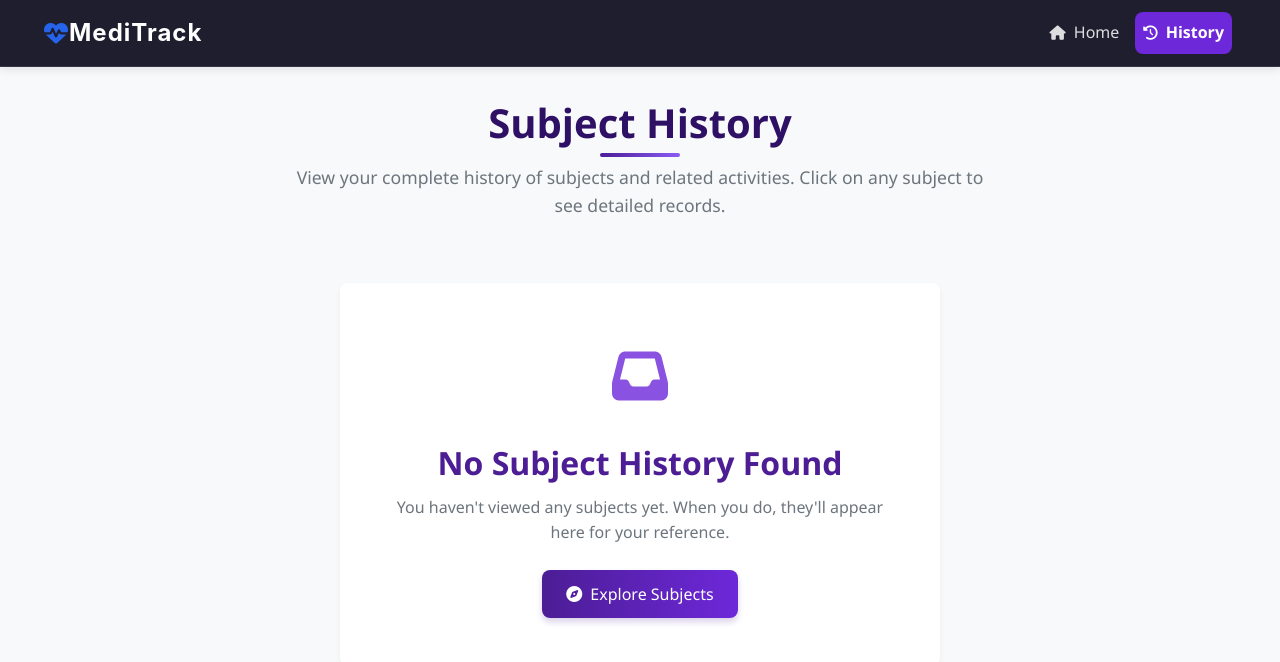
Repository: krishgobi/MedicoApp
Page: templates/subject_history.html
An editor plug-in stored every save of this project. The page is shown before and after the next save, followed by the edit.
The browser window is 1280 px wide. The pictures show the whole page.
The page is served by the project's application, run on Flask 3 (chatbot_gemini_backend.py). The template is opened directly, without the code that normally fills it, so the values that code supplies are empty.

Above is the page before, as saved 2025-06-24 19:44:07.

After the next save:
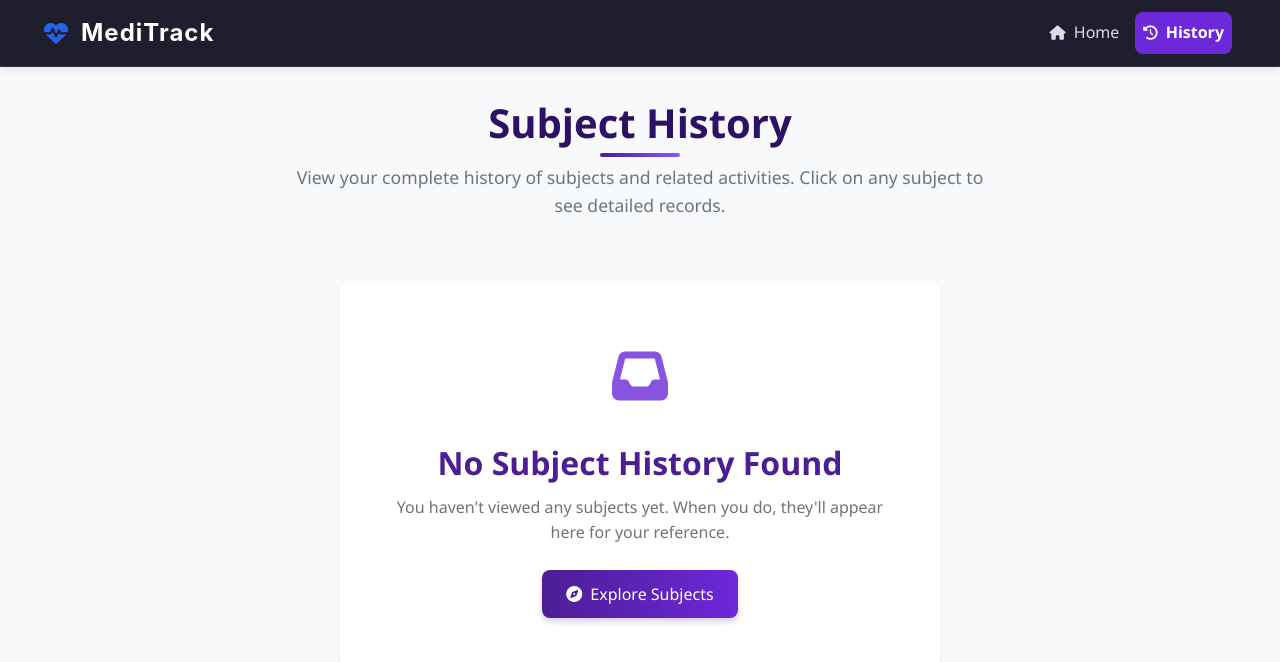
Saved 2 min 45 s later.
--- a/templates/subject_history.html
+++ b/templates/subject_history.html
@@ -348,7 +348,7 @@
     <nav class="top-navbar navbar navbar-expand-lg navbar-dark">
         <div class="container-fluid">
             <a href="#" class="sidebar-brand text-decoration-none">
-                <i class="fas fa-heartbeat" style="color:#2563eb;"></i> MediTrack
+                <i class="fas fa-heartbeat" style="color:#2563eb; margin-right:0.75rem;"></i> MediTrack
             </a>
             <button class="navbar-toggler" type="button" data-bs-toggle="collapse" data-bs-target="#navbarNav">
                 <span class="navbar-toggler-icon"></span>
